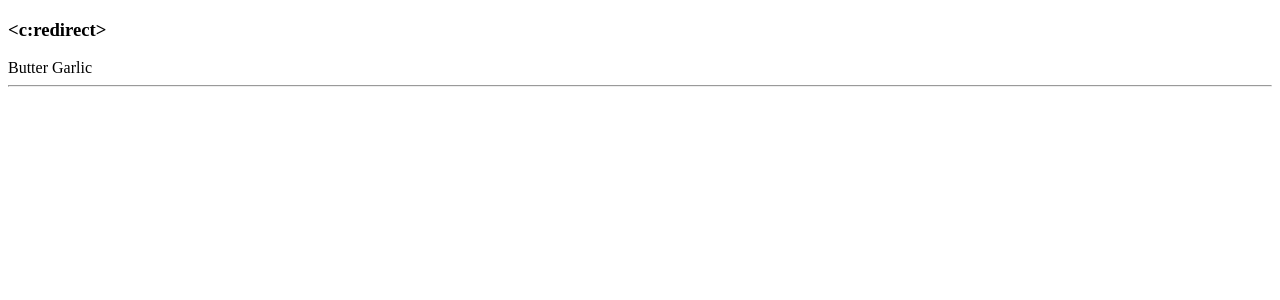
Repository: topblame/Bootcamp
Page: http://localhost/JSP_250408/chapter05/04_jstl_url.jsp
The author's editor kept a copy of each file at every save. The page is drawn from the files as they stood at one save, then again after the next save.
The browser window is 1280 px wide. The pictures show the whole page.
The page is served by Tomcat 9. Other server files are loaded and not shown.

Above is the page before, as saved 2025-06-27 07:02:16.

### WebMvc/JSP_250408/src/main/webapp/chapter05/04_jstl_url.jsp
<%@ page language="java" contentType="text/html; charset=UTF-8"
    pageEncoding="UTF-8"%>
<!DOCTYPE html PUBLIC "-//W3C//DTD HTML 4.01 Transitional//EN" "http://www.w3.org/TR/html4/loose.dtd">
<html>
<head>
<meta http-equiv="Content-Type" content="text/html; charset=UTF-8">
<title>JSTL_URL</title>
</head>
<body>
<h3>&lt;c:redirect&gt;</h3>
<c:url var ="target" value ="01_jstlExam.jsp">
<c:param name = "sel1">Butter</c:param>
<c:param name = "sel2">Garlic</c:param>
</c:url>
<hr />
</body>
</html>

After the next save:
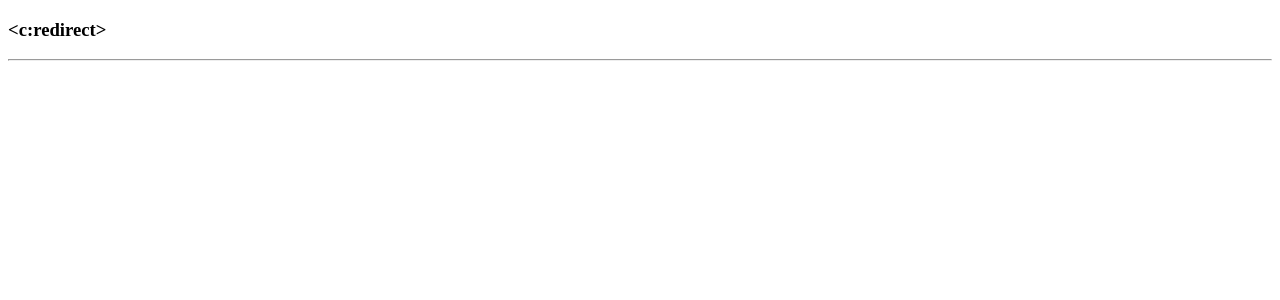
Saved 19 s later.
--- a/WebMvc/JSP_250408/src/main/webapp/chapter05/04_jstl_url.jsp
+++ b/WebMvc/JSP_250408/src/main/webapp/chapter05/04_jstl_url.jsp
@@ -1,5 +1,6 @@
 <%@ page language="java" contentType="text/html; charset=UTF-8"
     pageEncoding="UTF-8"%>
+<%@ taglib prefix ="c" uri = "http://java.sun.com/jsp/jstl/core"  %>
 <!DOCTYPE html PUBLIC "-//W3C//DTD HTML 4.01 Transitional//EN" "http://www.w3.org/TR/html4/loose.dtd">
 <html>
 <head>
